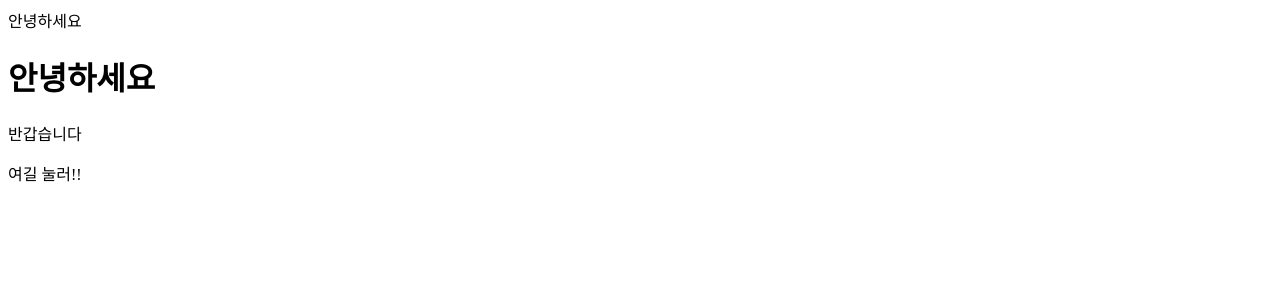
Repository: H-hyeonje/jsp
Page: http://localhost/test3/test1.jsp
The author's editor kept a copy of each file at every save. The page is drawn from the files as they stood at one save, then again after the next save.
The browser window is 1280 px wide. The pictures show the whole page.
The page is served by Tomcat 9.

Above is the page before, as saved 2024-10-07 05:03:29.

### test3/src/main/webapp/test1.jsp
<%@ page language="java" contentType="text/html; charset=UTF-8"
    pageEncoding="UTF-8"%>
<!DOCTYPE html>
<html>
<head>
<meta charset="UTF-8">
<title>Insert title here</title>
</head>
<body>
	안녕하세요
	<h1>안녕하세요</h1>
	<p>반갑습니다</p>
	<a half="https://www.naver.com">여길 눌러!!</a>
</body>
</html>

After the next save:
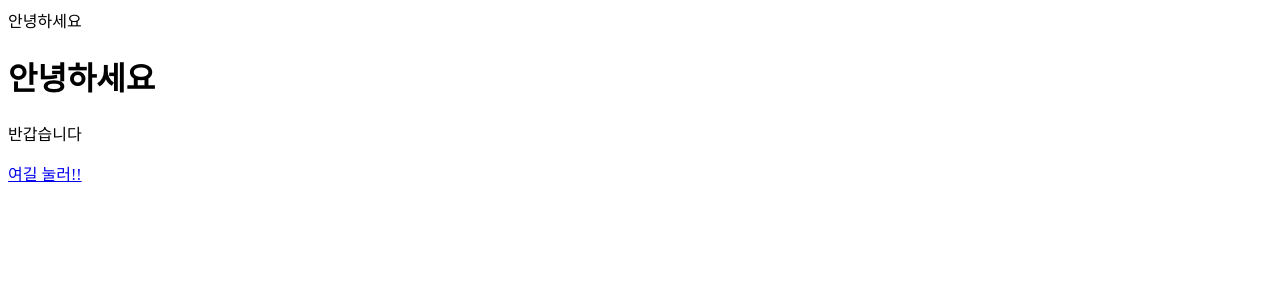
Saved 40 s later.
--- a/test3/src/main/webapp/test1.jsp
+++ b/test3/src/main/webapp/test1.jsp
@@ -10,6 +10,6 @@
 	안녕하세요
 	<h1>안녕하세요</h1>
 	<p>반갑습니다</p>
-	<a half="https://www.naver.com">여길 눌러!!</a>
+	<a href="https://www.naver.com">여길 눌러!!</a>
 </body>
 </html>
